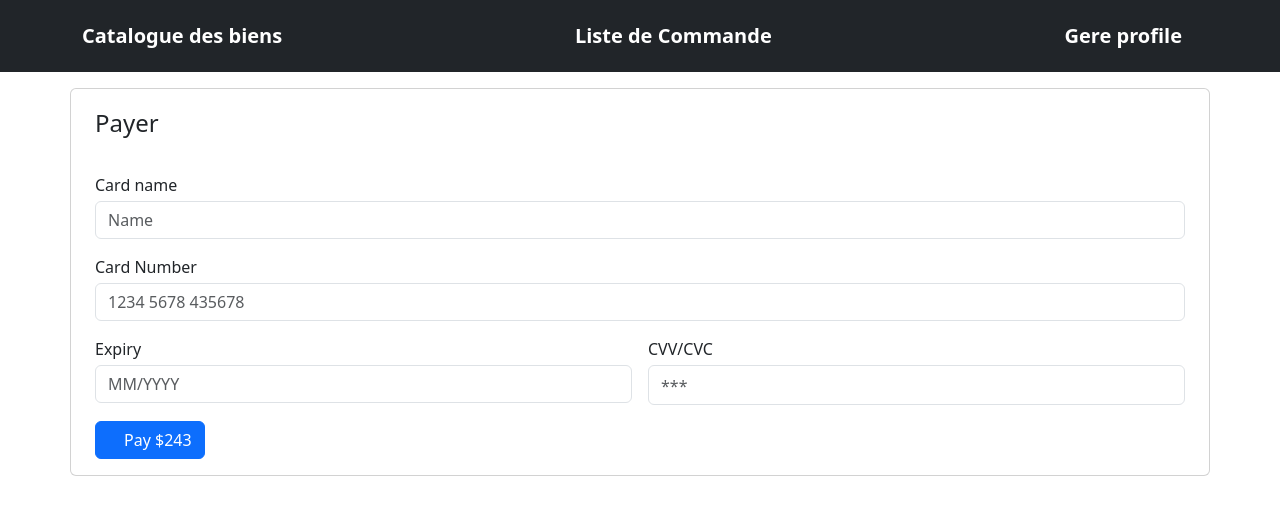
Repository: Jihad2909/Jakarta_Project_Agence_Location
Page: http://localhost/agence_location/payment
These files come from the project's save history. The page is drawn as it stood at one moment and after the next save; the edit follows.
The browser window is 1280 px wide. The pictures show the whole page.
The page is served by Tomcat 10.

Above is the page before, as saved 2024-04-25 13:45:19.

After the next save:
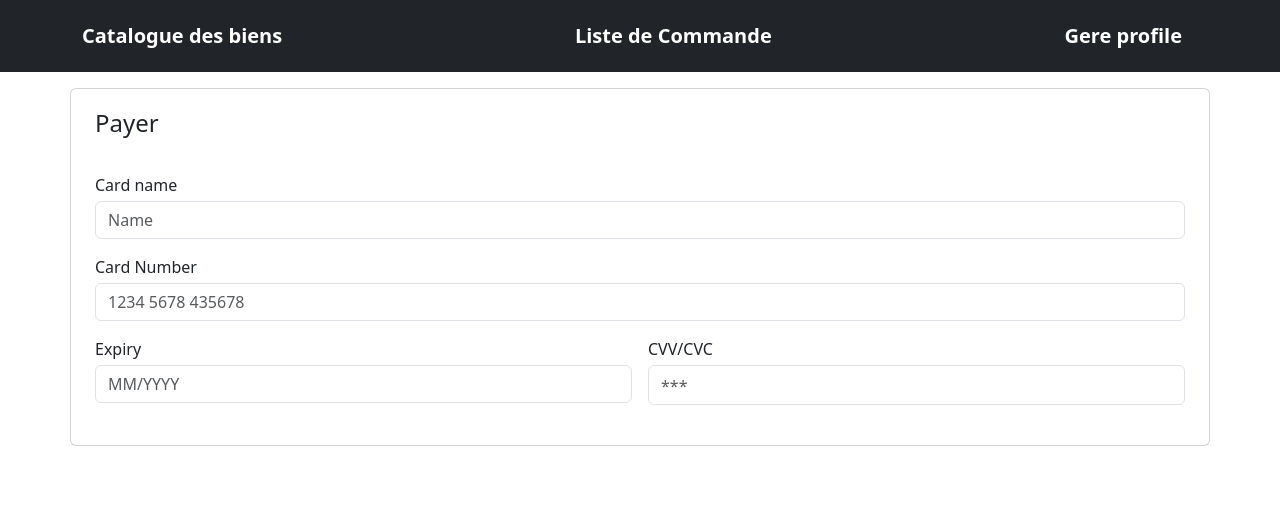
Saved 62 s later.
--- a/agence_location/src/main/webapp/WEB-INF/Views/payment.jsp
+++ b/agence_location/src/main/webapp/WEB-INF/Views/payment.jsp
@@ -54,10 +54,7 @@
                     </div>
                 </div>
                 <div class="col-12">
-                    <div class="btn btn-primary mb-3">
-                        <span class="ps-3">Pay $243</span>
-                        <span class="fas fa-arrow-right"></span>
-                    </div>
+                    <button class="btn "></button>
                 </div>
             </div>
         </div>
